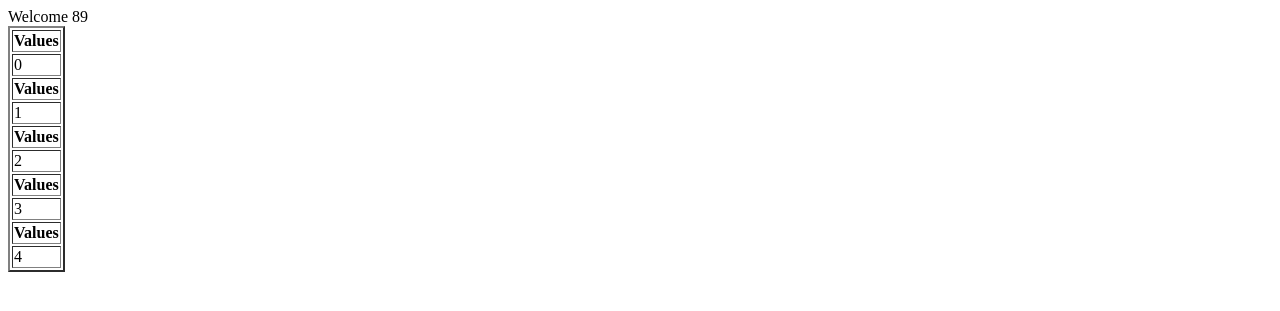
Repository: aditiee/CybageTraining
Page: http://localhost/shoppingcart/First.jsp
An editor plug-in stored every save of this project. The page is shown before and after the next save, followed by the edit.
The browser window is 1280 px wide. The pictures show the whole page.
The page is served by Tomcat 9.

Above is the page before, as saved 2019-02-08 05:23:05.

After the next save:
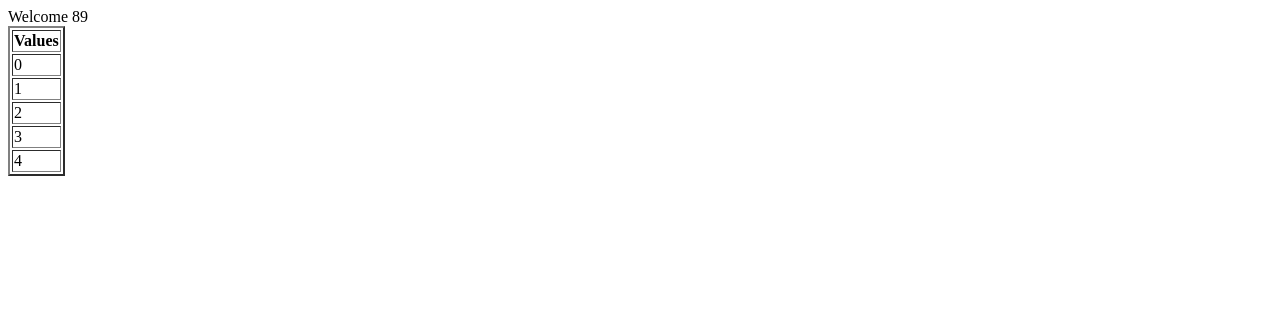
Saved 22 s later.
--- a/Advance Java/demos/shoppingcart/src/main/webapp/First.jsp
+++ b/Advance Java/demos/shoppingcart/src/main/webapp/First.jsp
@@ -11,8 +11,8 @@
 
 Welcome <%=x %>
 <table border=2>
+<tr> <th> Values</th></tr>
 <% for(i=0;i<5;i++){ %>
-<tr> <th> Values</th></tr>
 <tr><td><%=i %></td> <%} %> </tr>
 </table>
 <%-- <% if(x>90){
